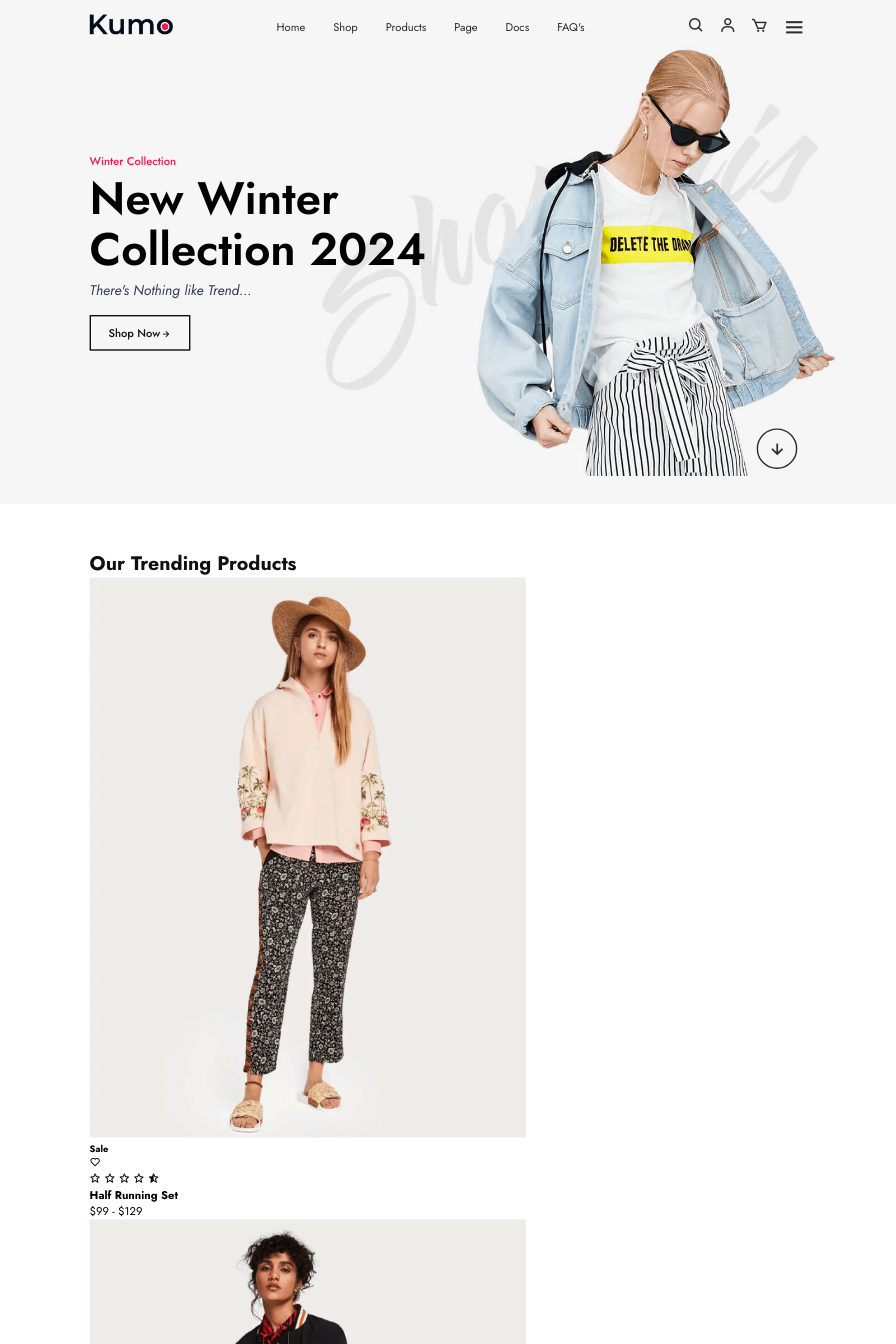
Repository: isaacCodes1/Kumo-Website.
Page: index.html
The author's editor kept a copy of each file at every save. The page is drawn from the files as they stood at one save, then again after a run of saves.
The browser window is 1280 px wide. The pictures show the part of the page from y = 0 to 1920 px (the page is 8187 px tall), at 70% of full size.

Above is the page before, as saved 2024-03-22 13:41:04.

After the next 2 saves:
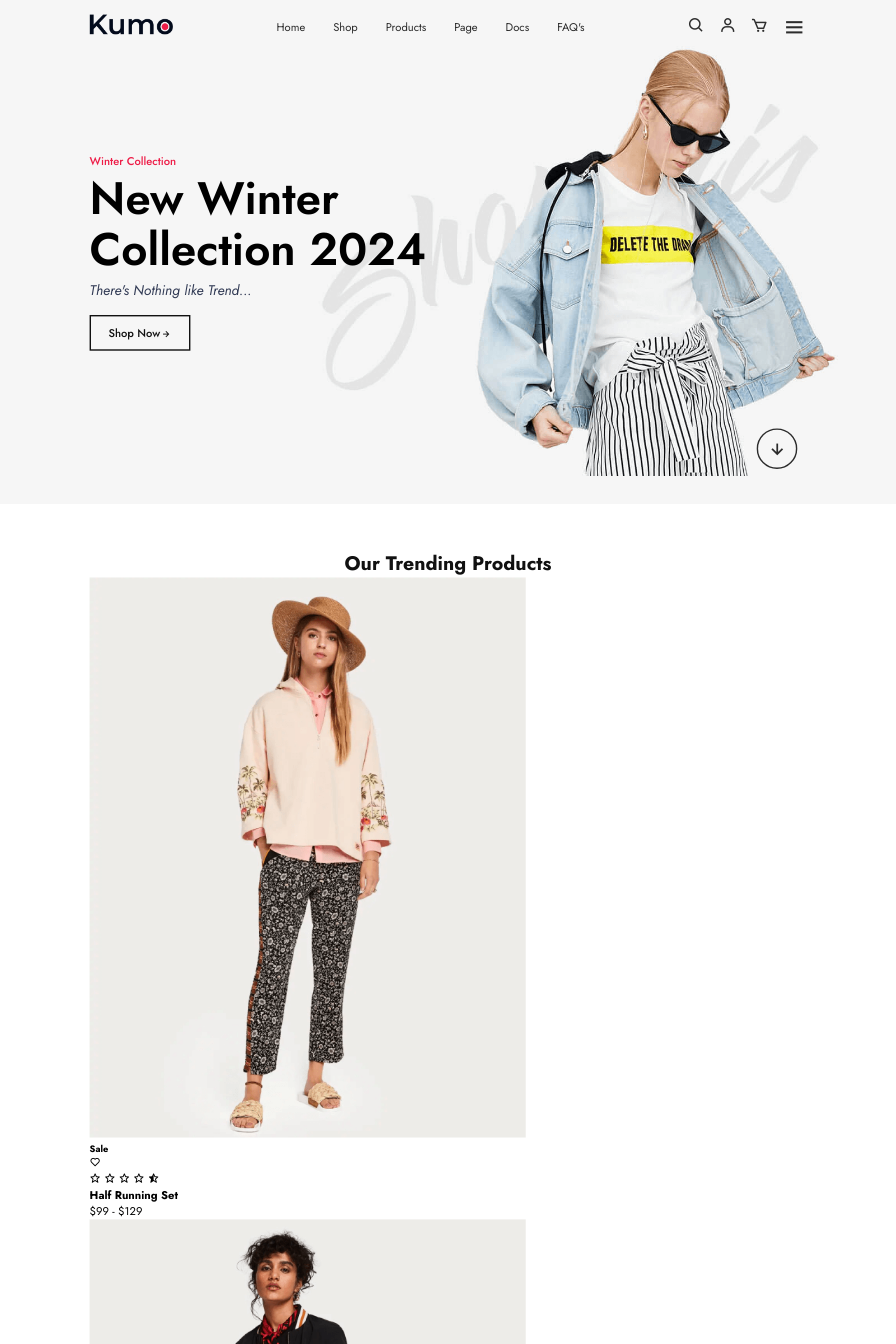
The 2 saves are shown as one change because they came seconds apart.
The last was saved 7 s later.
--- a/style.css
+++ b/style.css
@@ -137,5 +137,6 @@ header.sticky{
 .center-text h2{
     color: #111;
     font-size: 28px;
-    text
+    text-transform: capitalize;
+    text-align: center;
 }
